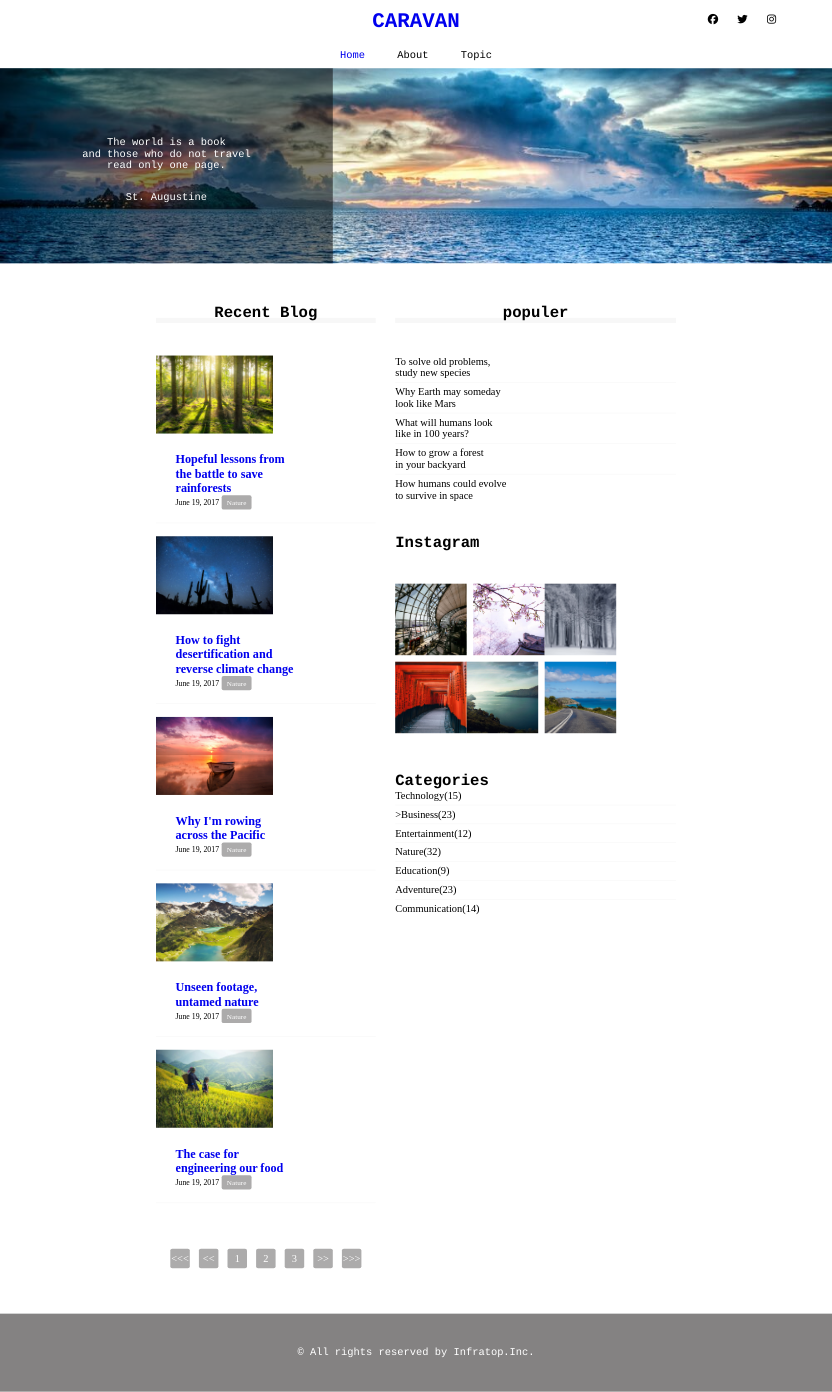
Repository: rhombus0516/bookers2-debug
Page: caravan/index.html
The author's editor kept a record of every edit. The page is drawn from the files as they stood at one moment, then again after the next edit.
The browser window is 1280 px wide. The pictures show the whole page, at 65% of full size.
Some web libraries are served in a nearby version.

Above is the page before.

After the next edit:
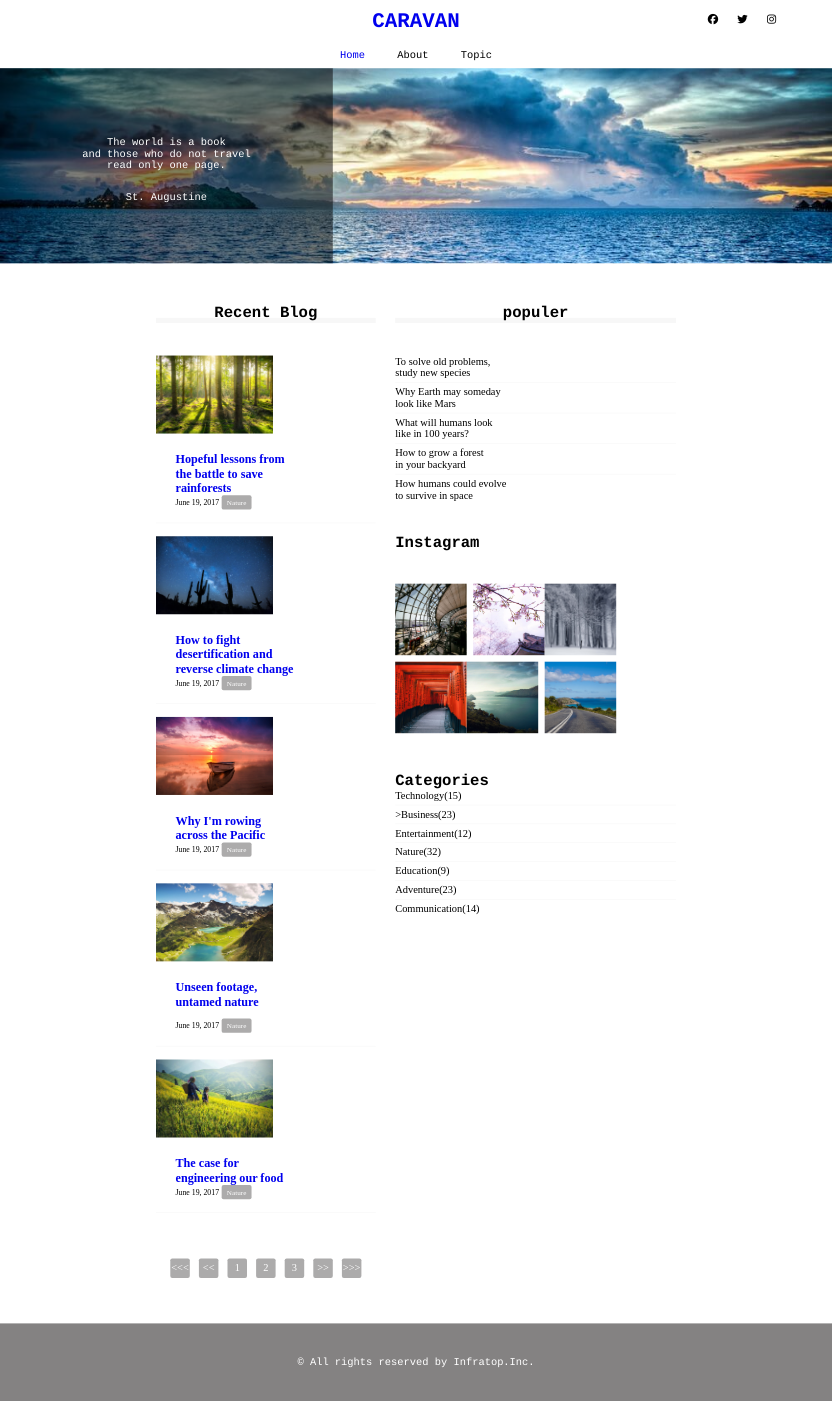
The edit:
--- a/caravan/index.html
+++ b/caravan/index.html
@@ -90,7 +90,7 @@
             <div class="blog-item">
                 <img class="blog-image"  src="img/italy.jpg">
                 <section class="blog-text">
-                    <h3 class="blog--text-heading">
+                    <h3 class="blog-text-heading">
                     <a href="single.html">
                  Unseen footage,<br>
                   untamed nature
